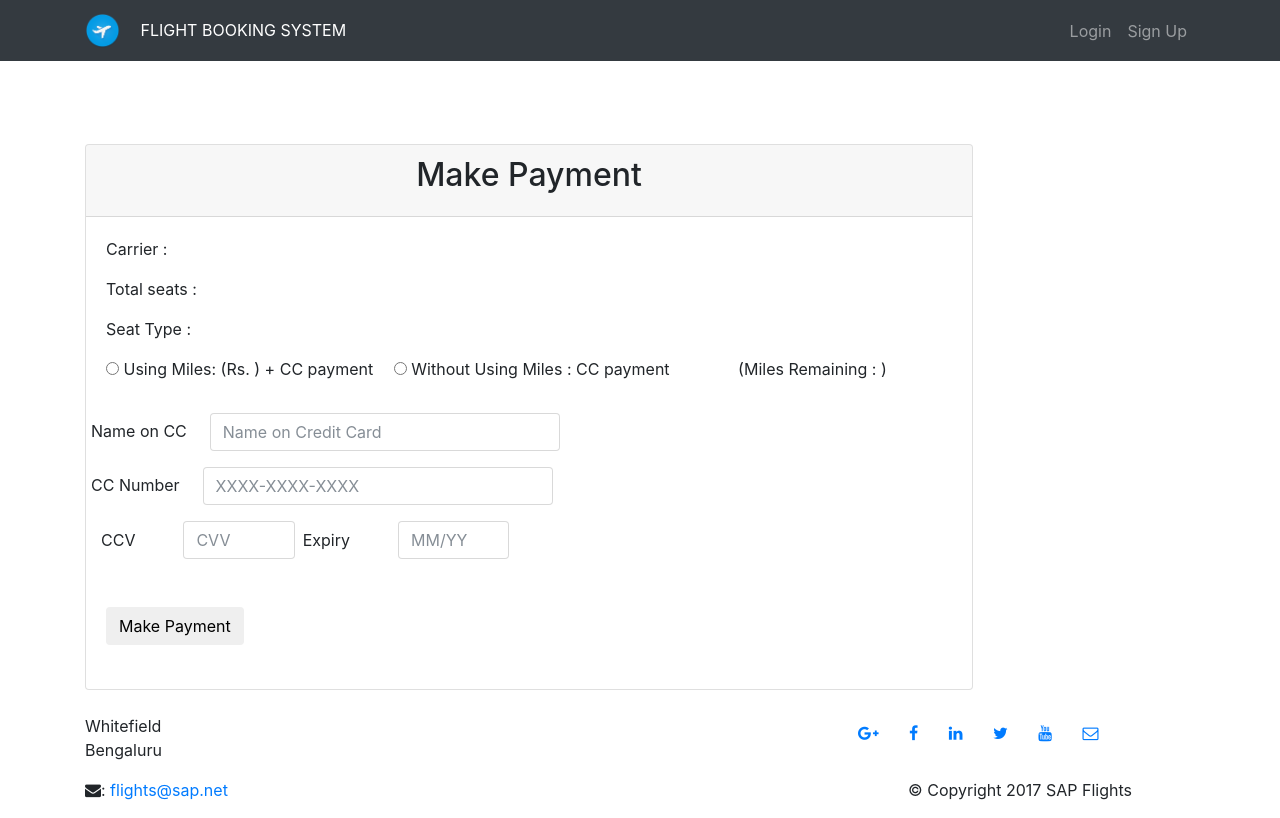
Repository: yashtatia/Spring-Practice
Page: http://localhost/FitnessTracker/WEB-INF/jsp/makePayment.jsp
These files come from the project's save history. The page is drawn as it stood at one moment and after the next save; the edit follows.
The browser window is 1280 px wide. The pictures show the whole page.
Some web libraries are served in a nearby version. The page is served by Tomcat 9. Nobody is signed in. The template is opened directly, without the code that normally fills it, so the values that code supplies are empty.

Above is the page before, as saved 2017-09-06 07:45:29.
Console error: SyntaxError: Unexpected token ';'

After the next save:
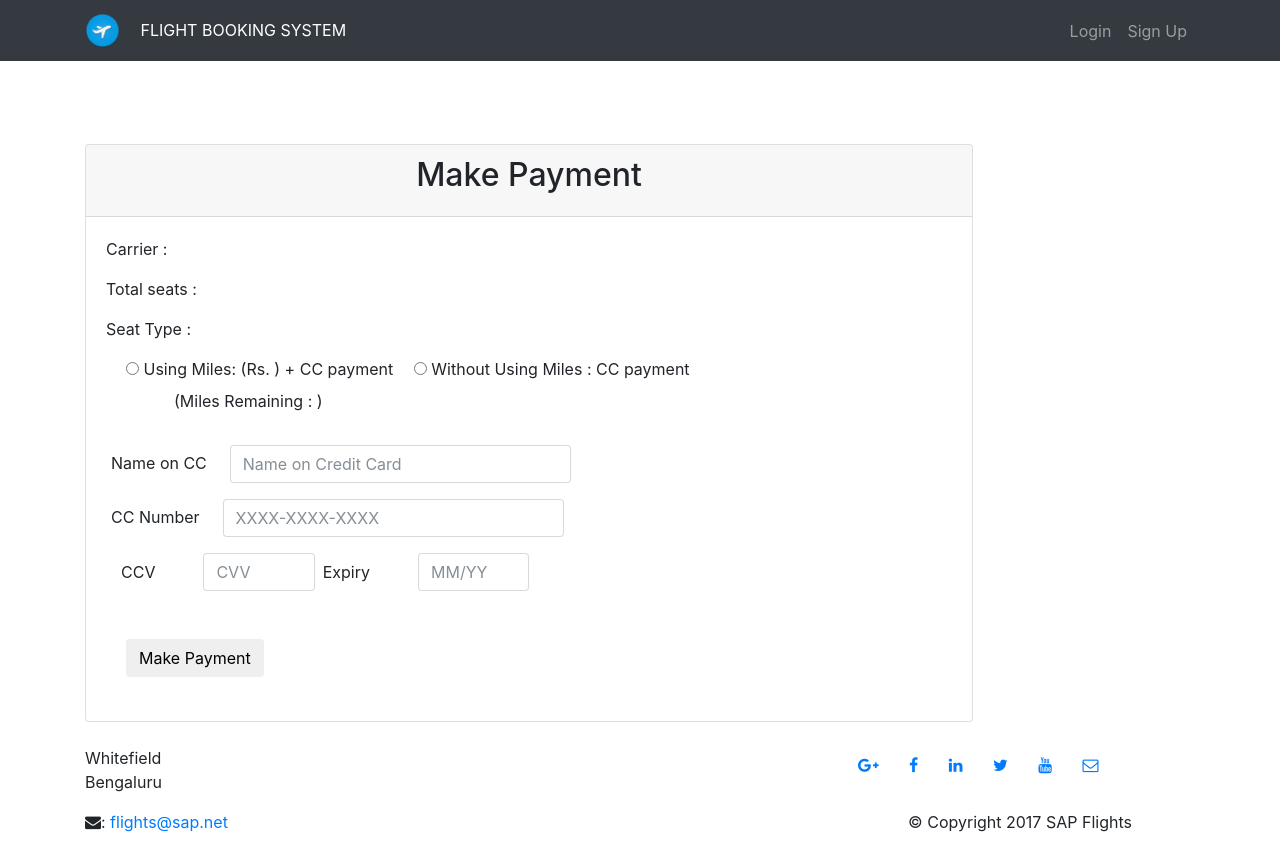
Saved 20 s later.
--- a/FitnessTracker/src/main/webapp/WEB-INF/jsp/makePayment.jsp
+++ b/FitnessTracker/src/main/webapp/WEB-INF/jsp/makePayment.jsp
@@ -19,7 +19,7 @@
 						<p>Total seats : ${flightSelected.seats}</p>
 						<p>Seat Type : ${flightSelected.seat_class}</p>
 
-						<form:form commandName="payment" class="form-horizontal" style="padding-left: 20 px;" method="POST">
+						<form:form commandName="payment" class="form-horizontal" style=" padding-left: 20px;" method="POST">
 
 							  <label class="radio-inline" >
 							    <form:radiobutton path="payment_choice" name="payment_choice" value="1" />
